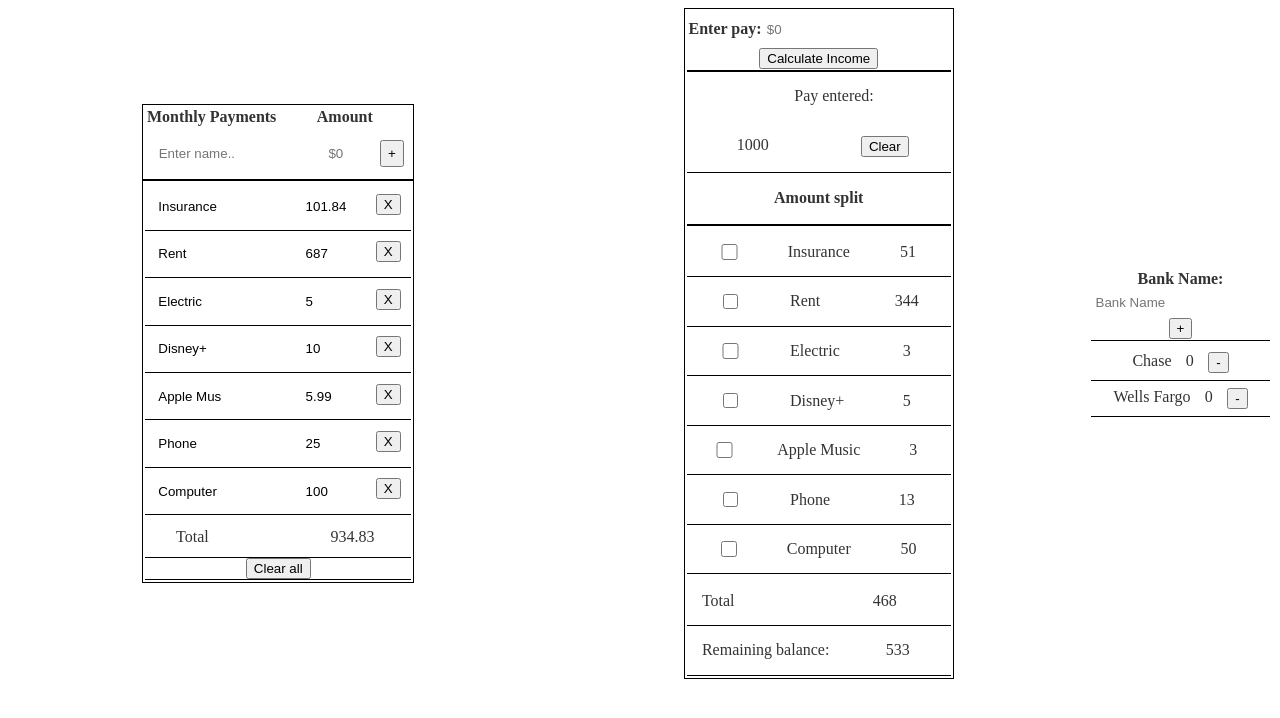
Repository: Kayla-amr/final-project-vue
Page: /
The author's editor kept a copy of each file at every save. The page is drawn from the files as they stood at one save, then again after the next save.
The browser window is 1280 px wide. The pictures show the whole page.
The project was rebuilt for these pictures with package versions that can differ from the ones it lists, and the page was loaded fresh each time. Also part of the build but not shown: vite.config.js.

Above is the page before, as saved 2023-04-11 17:38:05.

### src/App.vue
<script setup>
import OutcomeForm from './components/OutcomeForm.vue';
import DocumentBudget from './components/DocumentBudget.vue';
import SplitBudget from './components/SplitBudget.vue';
import BankTransfer from './components/BankTransfer.vue';


</script>

<template>

    <div id="app">
        <div class="budgetFormList">
            <outcome-form @add:budget="addBudgets" />
            <document-budget :budgets="budgets"/>
        </div>
        <div class="incomeSplitList">
            <split-budget :budgets="budgets" @add:income="addIncomes" :incomes="incomes" />
        </div>
        <div class="bankTransferList">
            <bank-transfer @add:bank="addBanks" :budgets="budgets" :incomes="incomes"  :banks="banks" />
        </div>
    </div>
</template>

<script>
export default {
    name: 'app',
    components: {
        OutcomeForm,
        DocumentBudget,
        SplitBudget,
        BankTransfer
    },
    data() {
        return {
            budgets: [
                {
                    id: 1,
                    name: "Insurance",
                    amount: 101.84,
                    selected: false
                },
                {
                    id: 2,
                    name: "Rent",
                    amount: 687,
                    selected: false
                },
                {
                    id: 3,
                    name: "Electric",
                    amount: 5,
                    selected: false
                },
                {
                    id: 4,
                    name: "Disney+",
                    amount: 10,
                    selected: false
                },
                {
                    id: 5,
                    name: "Apple Music",
                    amount: 5.99,
                    selected: false
                },

                {
                    id: 6,
                    name: "Phone",
                    amount: 25,
                    selected: false
                },
                {
                    id: 7,
                    name: "Computer",
                    amount: 100,
                    selected: false
                }
            ],
            incomes: [
                {
                    id: 1,
                    amount: 1000,
                }

            ],
            banks: [
                {
                    id: 1,
                    name: "Chase",
                    amount: 0,
                },
                {
                    id: 2,
                    name: "Wells Fargo",
                    amount: 0,
                }
            ]
        }
    },

    //map method  or filter

    //property in object true or false



    methods: {
        addBudgets(budget) {
            const addId = this.budgets.length > 0 ? this.budgets[this.budgets.length - 1].id : 0;
            const id = addId + 1;

            const newBudgets = {
                id,
                ...budget
            }

            this.budgets = [...this.budgets, newBudgets]

        },
        addIncomes(income) {
            const addId = this.incomes.length > 0 ? this.incomes[this.incomes.length - 1].id : 0;
            const id = addId + 1;

            const newIncomes = {
                id,
                ...income
            }

            this.incomes = [...this.incomes, newIncomes]
        },
        addBanks(bank) {
            const addId = this.banks.length > 0 ? this.banks[this.banks.length - 1].id : 0;
            const id = addId + 1;

            const newBanks = {
                id,
                ...bank
            }

            this.banks = [...this.banks, newBanks]
        },



    }
}
</script>

<style>
#app {
    display: flex;
    flex-direction: row;
    align-items: center;
    width: 100%;
    height: 100%;
    color: #333;
}

.budgetFormList {
    width: 100%;
}

.incomeSplitList {
    width: 100%;
}
</style>

### src/components/OutcomeForm.vue
<template>
  <div>
    <form @submit.prevent="handleSubmit" class="outcomeForm">
      <table>
        <thead>
          <tr>
            <th>Monthly Payments</th>
            <th>Amount</th>
          </tr>
        </thead>
        <tbody>
          <tr>
            <td>
              <input class="name" type="text" v-model="budgets.name" placeholder="Enter name...">
            </td>
            <td class="otd">
              <input class="amount" type="text" v-model="budgets.amount" placeholder="$0" />

              <button type="submit">+</button>
            </td>
          </tr>
        </tbody>
      </table>
    </form>
  </div>
</template>

//Look for string in total and make them numbers

<script>

export default {
  name: 'outcome-form',
  data() {
    return {
      budgets: {
        name: "",
        amount:""
      }
    }
  },
  methods: {
    handleSubmit() {
      const budget = {
        name: this.budgets.name,
        amount: this.budgets.amount
      }
      this.$emit('add:budget', budget)
    }
  }
}
</script>

<style>
table{
    width: 100%;
}
.outcomeForm {
    margin: 0 auto;
    width: 50%;
    border: 1px solid black;
    border-collapse: collapse;
}

.outcomeForm th{
  width: 100%;
}
.otd {
  display: flex;
}
.outcomeForm tr{
    border: none;
    justify-content: space-between;

}

input{
  padding: 2% 0;
  margin: 2% ;
  width: inherit;
  border: none;
}

.name{
    width: 50%;
}
.amount{
    width: 50px;
}
</style>

### src/components/DocumentBudget.vue
<template>
    <div class="document-budget">
        <table>
            <tbody>
                <tr class="budgetList" v-for="budget in budgets" :key="budget.id">
                    <td class="name"> <input type="text" v-model="budget.name"></td>
                    <td class="amount"><input type="text" v-model="budget.amount"></td>
                    <td><button @click="removeBudget(budget.id)">X</button></td>
                </tr>
            </tbody>
            <tfoot>
                <tr>
                    <td class="name">Total</td>
                    <td class="amount">{{ total }}</td>
                </tr>
                <tr><button @click="clearAll()">Clear all</button></tr>
            </tfoot>
        </table>
    </div>

</template>

<script>
export default {
    name: 'document-budget',
    props: {
        budgets: Array
    },
    computed: {
        total() {
    return this.budgets.reduce((total, budget) => {
      return total + parseFloat(budget.amount)
    }, 0)
  }

    },
    methods: {
        removeBudget(id) {
            const index = this.budgets.findIndex(budget => budget.id === id)
            this.budgets.splice(index, 1)
        },
        clearAll(){
            this.budgets.splice(0, this.budgets.length)
        },
    }
}
</script>

<style>
.document-budget {
    margin: 0 auto;
    width: 50%;
    border: 1px solid black;
    border-collapse: collapse;
}
tr{
    width: 100%;
    display: flex;
    border: none;
    justify-content: center;
    border-bottom: 1px solid black;

}
td{
    border: none;
    padding: 2%;
    margin: 2%;
}

tfoot td{
    width: 100%;
}
.document-budget .amount button{
    margin-left: 10px;
}
.amount{
    display: flex;
    flex-direction: row;
    align-items: center;
}

.budgetDivided{
    width: 20%;
}

.budgetDivided td{
    padding: 10px;
    display: flex;
    justify-content: center;
}

</style>

### src/components/SplitBudget.vue
<template>
    <div>

        <table>
            <thead>

            </thead>
            <tbody>

            </tbody>
        </table>
    </div>
    <div>
        <table class="budgetDivided">
            <thead>
                <tr>
                    <th>
                        <form @submit.prevent="handleSubmit">
                            <label for="amount">Enter pay:</label>
                            <input type="text" id="amount" v-model="income.amount" placeholder="$0" />
                            <button type="submit">Calculate Income</button>
                        </form>
                    </th>
                </tr>

                <td>Pay entered: </td>
                <tr v-for="income in incomes" :key="income.id">
                    <td>{{ income.amount }}</td>
                    <td> <button type="delete" @click="deleteIncome(income.id)">Clear</button></td>
                </tr>
                <tr>
                    <th>
                    <td>Amount split</td>
                    </th>

                </tr>

            </thead>
            <tbody>
                <tr v-for="budget in budgets" :key="budget.id">
                    <td> <input type="checkbox" v-model="budgetSelected"></td>
                    <td class="name">{{ budget.name }}</td>
                    <td>
                        {{ Math.ceil(budget.amount / 2) }}
                    </td>
                </tr>
            </tbody>
            <tfoot>
                <tr>
                    <td class="name">Total</td>
                    <td class="amount totalDivided">{{ Math.ceil(totalDivided) }}</td>
                </tr>
                <tr v-for="income in incomes" :key="income.id">
                    <td>Remaining balance:</td>
                    <td>{{ Math.ceil(income.amount - totalDivided) }}</td>
                </tr>
            </tfoot>
        </table>
    </div>
</template>

<script>
export default {
    name: 'split-budget',
    props: {
        budgets: Array,
        incomes: Array,
        banks: Array
    },
    emits: ['add:income'],
    computed: {
        total() {
            return this.budgets.reduce((total, budget) => {
                return total + budget.amount
            }, 0)
        },
        totalDivided() {
            return this.budgets.reduce((total, budget) => {
                return total + budget.amount / 2
            }, 0)
        }

    },
    data() {
        return {
            income: {
                name: '',
                amount: ''
            }
        }
    },
    methods: {
        handleSubmit() {
            this.$emit('add:income', this.income)
            this.income = {
                name: '',
                amount: ''
            }
        },
        deleteIncome(id) {
            const index = this.incomes.findIndex(income => income.id === id)
            this.incomes.splice(index, 1)
        },

    }
}
</script>

<style>
.budgetDivided {
    margin: 0 auto;
    width: 50%;
    border: 1px solid black;
}

.budgetDivided th {
    width: 100%;
    display: flex;
    justify-content: center;
    border-bottom: 1px solid black;
}

.budgetDivided td {
    width: 100%;
    display: flex;
    white-space: nowrap;
}

.budgetDivided .name {
    display: flex;
    justify-content: flex-start;
}
</style>

### src/components/BankTransfer.vue
<template>
    <div>
        <form @submit.prevent="handleSubmit">
            <table>
                <thead>
                    <tr>
                        <th>
                            <label for="name">Bank Name:</label>
                            <input type="text" id="bankName" v-model="bank.name" placeholder="Bank Name" />
                            <button type="submit">+</button>
                        </th>
                    </tr>
                </thead>
            </table>
        </form>
    </div>
    <div>
        <table>
            <tbody>
                <tr v-for="bank in banks" :key="bank.id">
                    <td>{{ bank.name }}</td>
                    <td>{{ bank.amount }}</td>
                    <td> <button type="delete" @click="removeBank(bank.id)">-</button></td>
                </tr>
            </tbody>
        </table>
    </div>
</template>

<script>
export default {
    name: 'bank-transfer',
    props: {
        banks: Array
    },
    emits: ['add:bank'],
    computed: {
        total() {
            return this.banks.reduce((total, bank) => {
                return total + bank.amount
            }, 0)

        }

    },
    data() {
        return {
            bank: {
                name: '',
                amount: 0
            }
        }
    },
    methods: {
        removeBank(id) {
            const index = this.banks.findIndex(bank => bank.id === id)
            // eslint-disable-next-line vue/no-mutating-props
            this.banks.splice(index, 1)
        },
        handleSubmit(){
            this.$emit('add:bank', this.bank)
            this.bank = {
                name: "",
                amount: 0
            }
        },

    }
}
</script>

Loaded but not shown: index.html (common file); src/main.js (common file)

After the next save:
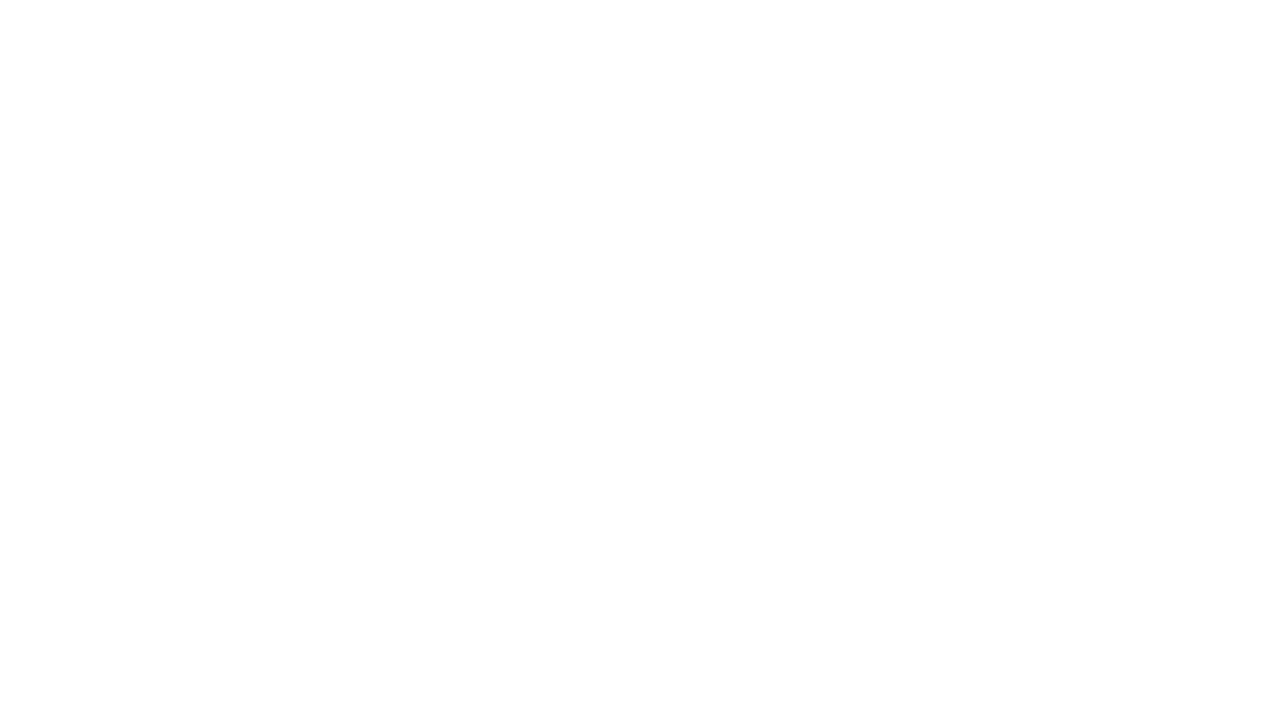
Console error: ReferenceError: selectBank is not defined
Saved 10 s later.
--- a/src/components/SplitBudget.vue
+++ b/src/components/SplitBudget.vue
@@ -101,7 +101,7 @@
             const index = this.incomes.findIndex(income => income.id === id)
             this.incomes.splice(index, 1)
         },
-
+        selectBank
     }
 }
 </script>

After the 4 saves that followed:
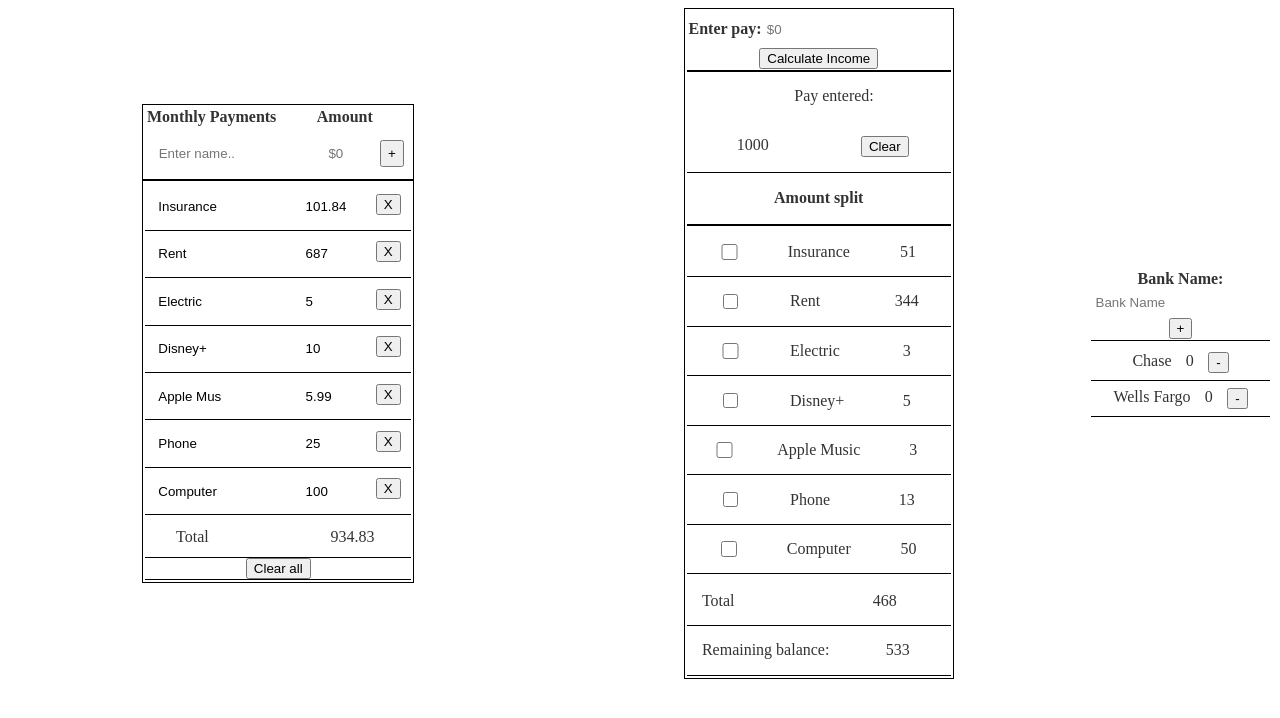
The error is gone.
The 4 saves are shown as one change because 2 left the picture as it was and some came seconds apart.
The last was saved 24 s later.
--- a/src/components/SplitBudget.vue
+++ b/src/components/SplitBudget.vue
@@ -101,7 +101,9 @@
             const index = this.incomes.findIndex(income => income.id === id)
             this.incomes.splice(index, 1)
         },
-        selectBank
+        selectedBudgets() {
+            return this.budgets.filter(budget => budget.selected)
+        }
     }
 }
 </script>
